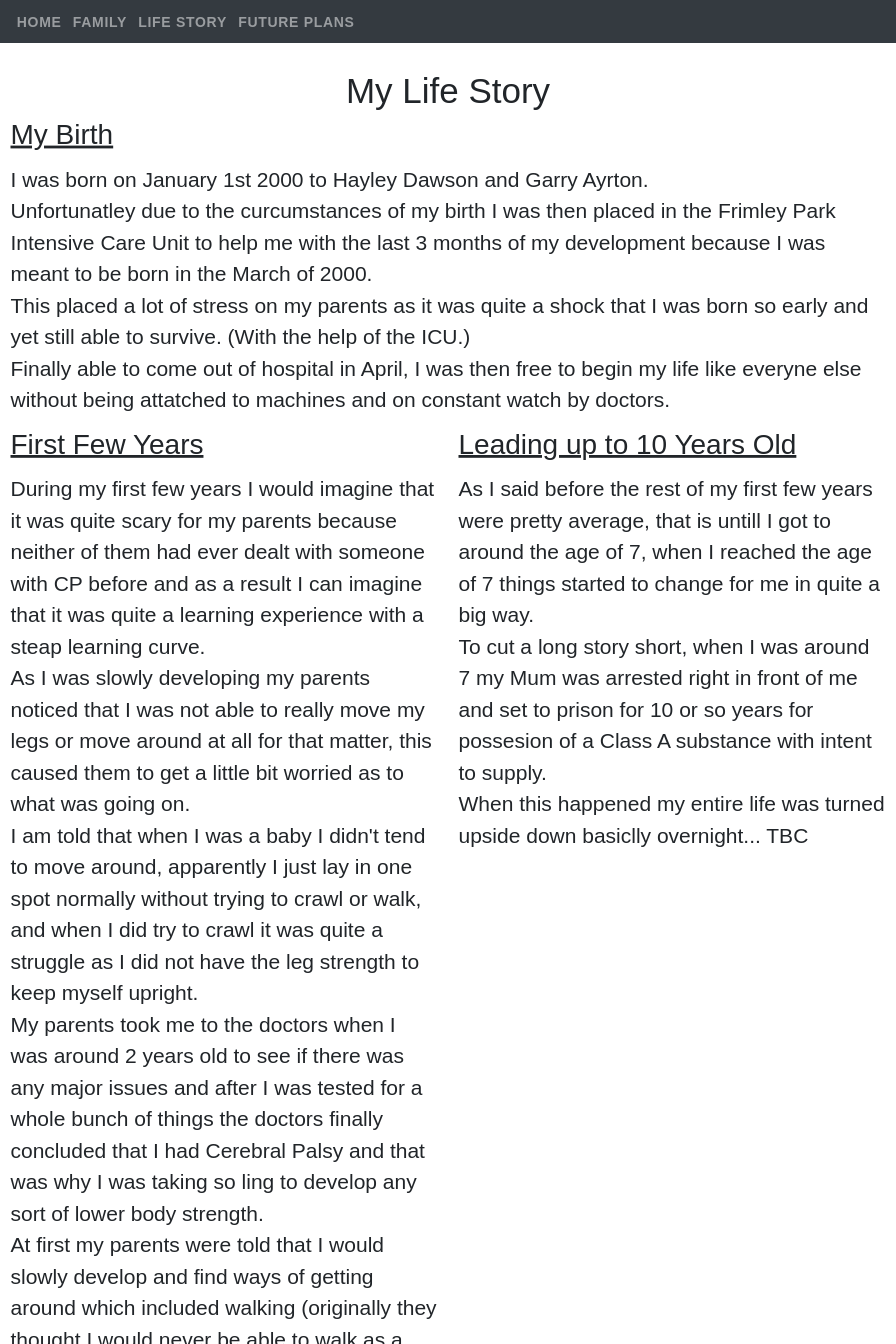
Repository: Code-Institute-Submissions/user-centric-frontend-dev-milestone-project
Page: story.html
The author's editor kept a record of every edit. The page is drawn from the files as they stood at one moment, then again after the next edit.
The browser window is 1280 px wide. The pictures show the part of the page from y = 0 to 1920 px (the page is 5156 px tall before and 5471 px after), at 70% of full size.
Some web fonts or font styles are not loaded; a fallback is used.

Above is the page before.

After the next edit:
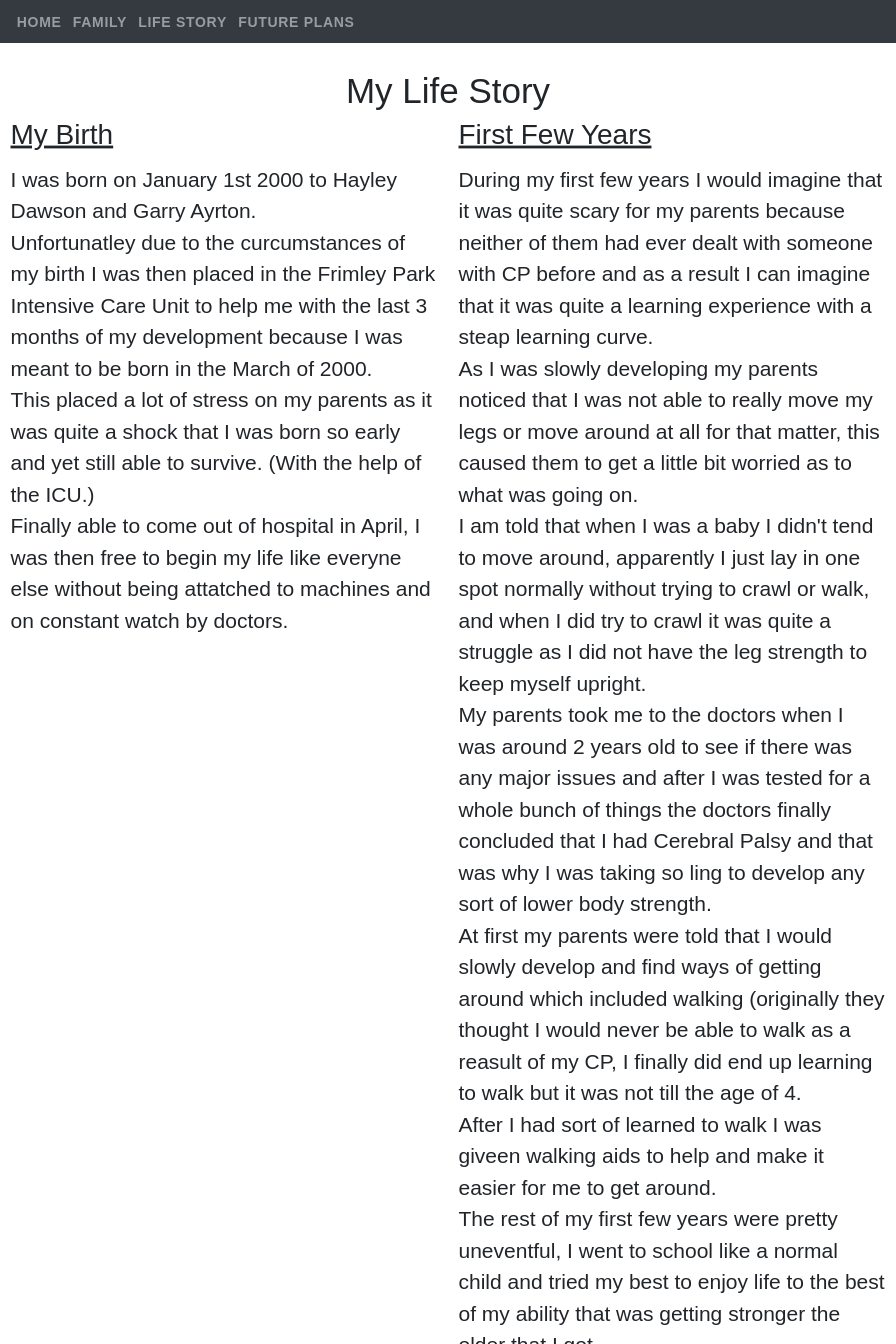
The edit:
--- a/story.html
+++ b/story.html
@@ -45,7 +45,7 @@
                     </div>
                 </div>
                 <div class="row">
-                    <div class="col-12">
+                    <div class="col-md-6">
                         <h3 class="birth-subheading">My Birth</h3>
                         <p class="story-paragraphs">
                             I was born on January 1st 2000 to Hayley Dawson and Garry Ayrton.<br> Unfortunatley due to the curcumstances of my birth I was then placed in the Frimley Park Intensive Care Unit to help me with the last 3 months of my development
